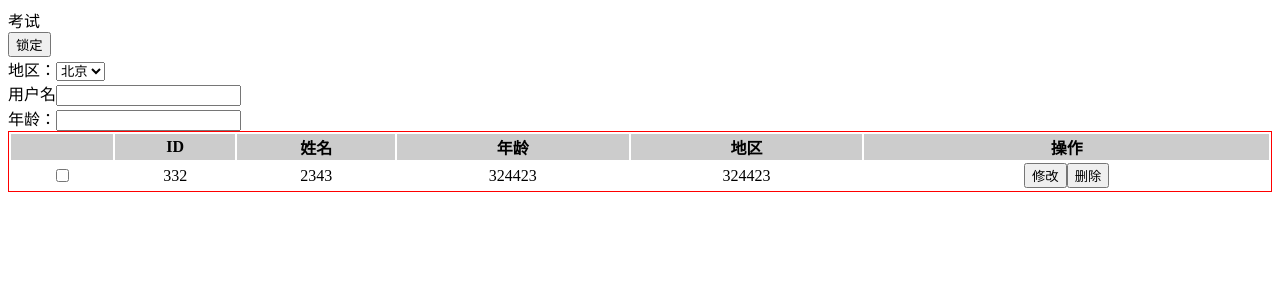
Repository: Sjl-2114/2006z
Page: / (app in A卷/vue-kaoshi/)
An editor plug-in stored every save of this project. The page is shown before and after the next save, followed by the edit.
The browser window is 1280 px wide. The pictures show the whole page.
The project was rebuilt for these pictures with package versions that can differ from the ones it lists, and the page was loaded fresh each time.

Above is the page before, as saved 2021-04-28 16:01:11.

After the next save:
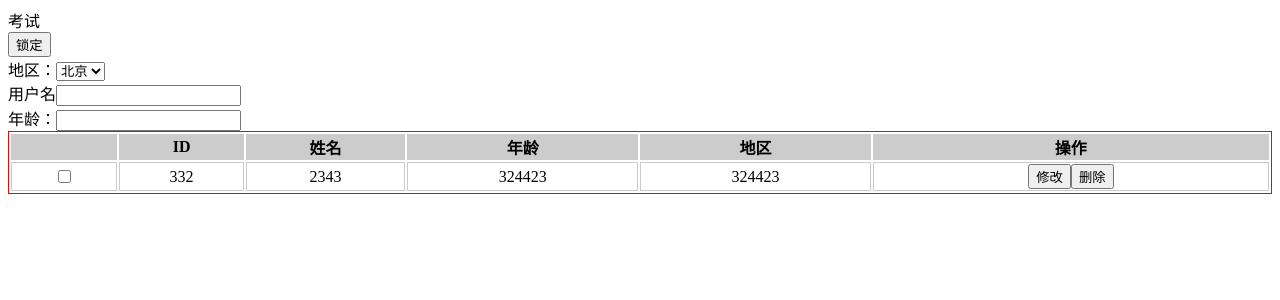
Saved 23 s later.
--- a/A卷/vue-kaoshi/src/App.vue
+++ b/A卷/vue-kaoshi/src/App.vue
@@ -74,4 +74,7 @@ export default {
   thead{
     background: #ccc;
   }
+  td{
+    border: 1px solid #ccc;
+  }
 </style>
